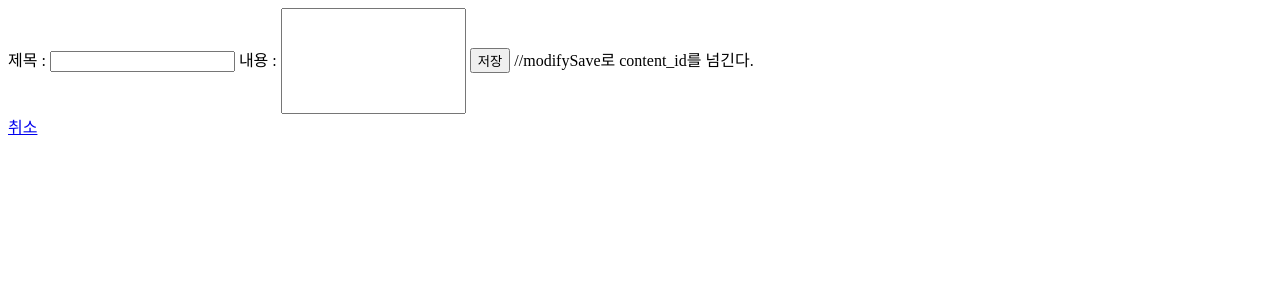
Repository: sandartchip/Board_v01
Page: http://localhost/firstjsp/modify.jsp
An editor plug-in stored every save of this project. The page is shown before and after the next save, followed by the edit.
The browser window is 1280 px wide. The pictures show the whole page.
The page is served by Tomcat 9. Queries for data that is not in the repository find no rows.

Above is the page before, as saved 2019-03-20 07:49:25.

### Board_v01/firstjsp/WebContent/modify.jsp
<%@ page language= "java"
contentType= "text/html; charset=utf-8" pageEncoding= "utf-8" %>
<%@page import="java.sql.ResultSet" %>
<%@page import="java.sql.Statement" %>
<%@page import="java.sql.Connection" %>
<%@page import="java.sql.PreparedStatement" %>
<%@page import="java.sql.DriverManager" %>
<%@page import="java.sql.SQLException" %>

<!DOCTYPE html>
<html>
<head>
	<meta http-equiv="Content-Type" content="text/html; charset=UTF-8">
	<title>글 수정 페이지</title>
</head>

<%
	//view.jsp에서 content id 값 받는다.
	//DB 커넥션 해서 content_id 를 PK로  게시글 제목/내용 받아오는 부분.

%>

<%

	String content_id =  request.getParameter("content_id");
	System.out.println(content_id+"번째 게시물을 수정합니다");

	Connection conn = null;
	Statement stmt = null;
	ResultSet rs = null;
	String title="", content="", regDate, modDate;

	//쿼리 결과를 저장한 메모리 영역을 참조할 객체

	System.out.println("클릭한 컨텐츠 번호 = " + content_id);

	try{
		//1. JDBC 드라이버 로딩
		String driverName = "com.mysql.cj.jdbc.Driver";
		Class.forName(driverName);

		//2. DB 서버 접속
		String dbUrl = "jdbc:mysql://localhost:3306/boardDB?serverTimezone=UTC";
		String dbUser = "root";
		String dbPassword = "ROOT";

		//접속 URL정보와 포트 번호, SID
		conn = DriverManager.getConnection(dbUrl, dbUser, dbPassword);
		//위에서 만든 클래스를 import하여 Connection 객체를 생성한다.

		stmt = conn.createStatement();
		//데이터 추가, 수정, 삭제를 실행할 객체를 생성
		// 글번호(content_idx) 파라미터를 list.jsp에서 받아 옴

		String sql = "SELECT * FROM board_table WHERE content_id = " + content_id;
		rs = stmt.executeQuery(sql);

		while(rs.next()){ //해당 게시물 가져 오기
			int i=1;
			title = rs.getString(i++);
			content = rs.getString(i++);
			regDate = rs.getString(i++);
			modDate = rs.getString(i++);
		}
		System.out.println("--제목--"+title+" 내용--"+content+"----");

		if( rs!= null){
			try {
				rs.close();
			} catch(SQLException e){
			}
		}
		if(stmt != null){
			try {
				stmt.close();
			} catch(SQLException e){
			}
		}
		if(conn != null){
			try {
				conn.close();
			} catch(SQLException e){
			}
		}
	} catch(ClassNotFoundException ec){
		ec.printStackTrace();
	}
	catch( SQLException e){
		e.printStackTrace();
	}
%>

<body>
	<form action="modifySave.jsp" method="post"
	onsubmit="return formCheck();">
		<!--  데이터들을 가진 form을 action에 지정된 페이지로 보냄 -->
		<!--  post는 많은 값 보낼 때. -->

		제목 : <input type="text" name="title" value="<%=title %>">
		<!-- 제목 표시-->

		내용 : <input type="text" name="content" style="height:100px"  value="<%=content %>">
		<!-- 내용 표시-->

		<input type="hidden" name="content_id" value="<%=content_id %>">
		<input type="submit" value = "저장"/>

		 //modifySave로 content_id를 넘긴다.

	</form>
	<a href="view.jsp"> 취소 </a> <!-- 상세보기로 이동 -->

	<script>
		function formCheck(){

			//첫번째 form의 제목의 값
			var title = document.forms[0].title.value;
			var content = document.forms[0].content.value;
			if(title.length == 0)
				alert("제목 없음");

			if(content.length == 0 )
				alert("내용 없음");

			if( title.length >80)
				alert("제목의 길이가 너무 깁니다");
			console.log("제목: " + title + "내용  : " + content);

			if( ( title.length >80)|| (content.length == 0 ) || (title.length == 0))
				return false;
		}
	</script>
</body>
</html>

After the next save:
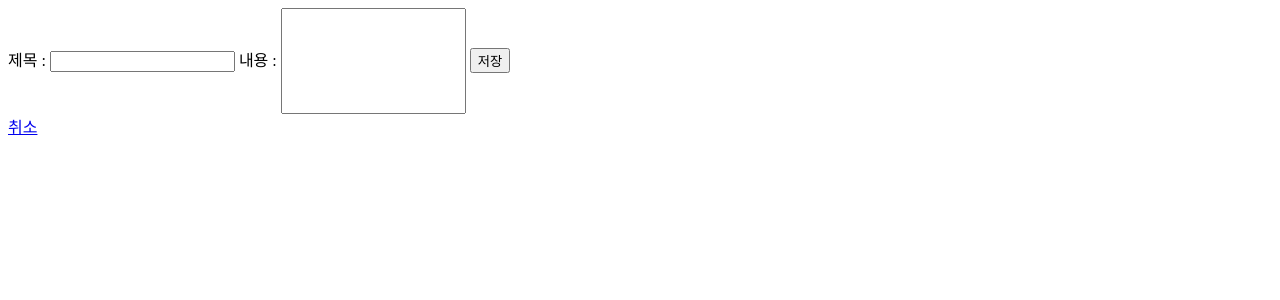
Saved 21 s later.
--- a/Board_v01/firstjsp/WebContent/modify.jsp
+++ b/Board_v01/firstjsp/WebContent/modify.jsp
@@ -105,7 +105,7 @@ contentType= "text/html; charset=utf-8" pageEncoding= "utf-8" %>
 		<input type="hidden" name="content_id" value="<%=content_id %>">
 		<input type="submit" value = "저장"/>
 
-		 //modifySave로 content_id를 넘긴다.
+		 <!--   modifySave로 content_id를 넘긴다. -->
 
 	</form>
 	<a href="view.jsp"> 취소 </a> <!-- 상세보기로 이동 -->
